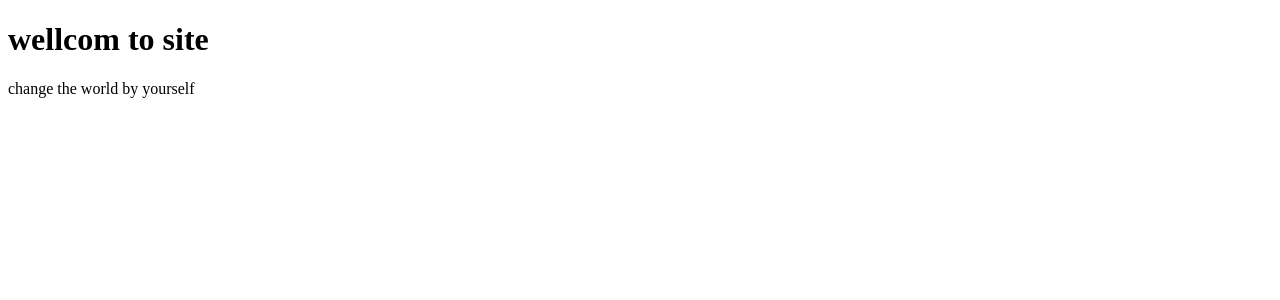
Repository: missmirzavand/tgh
Page: index.html
The author's editor kept a copy of each file at every save. The page is drawn from the files as they stood at one save, then again after the next save.
The browser window is 1280 px wide. The pictures show the whole page.

Above is the page before, as saved 2023-12-10 21:44:59.

After the next save:
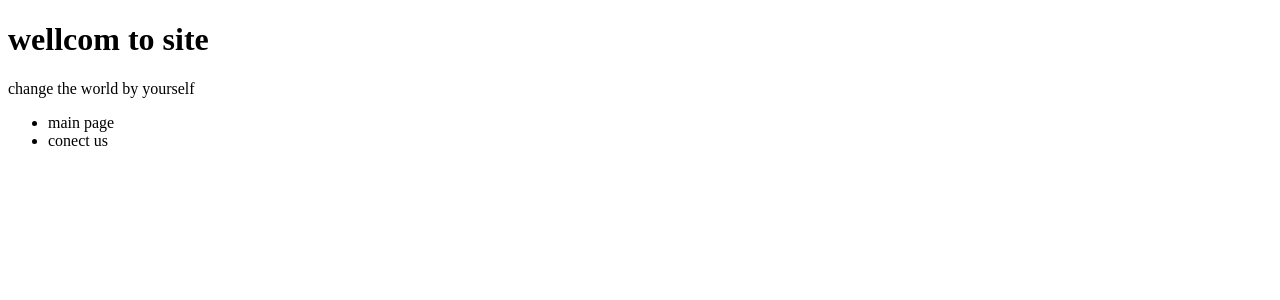
Saved 3 min 12 s later.
--- a/index.html
+++ b/index.html
@@ -8,6 +8,10 @@
 <body>
     <h1>wellcom to site</h1>
     <p> change the world by yourself</p>
+    <ul>
+        <li>main page</li>
+        <li>conect us</li>
+    </ul>
 
 </body>
 </html>
